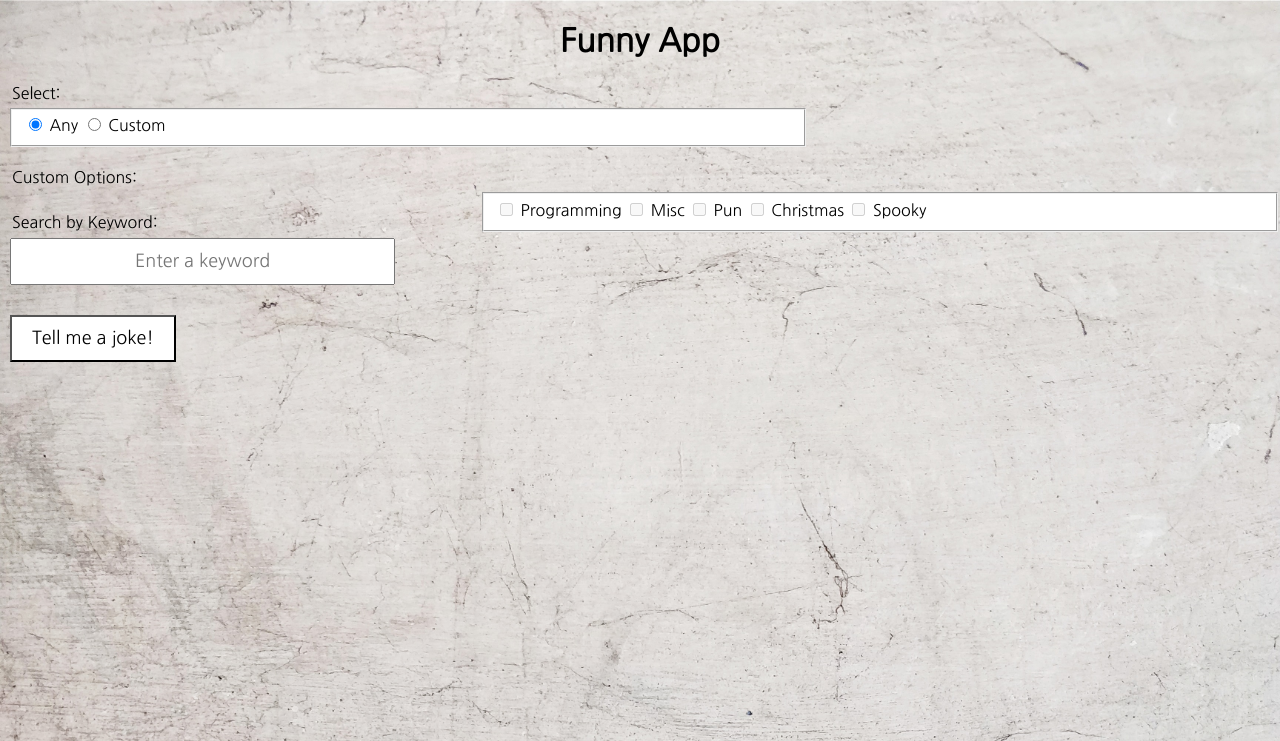
Repository: kaitlynMidori/dadJokeApi
Page: index.html
The author's editor kept a copy of each file at every save. The page is drawn from the files as they stood at one save, then again after the next save.
The browser window is 1280 px wide. The pictures show the whole page.
Some web libraries are served in a nearby version.

Above is the page before, as saved 2021-01-08 12:26:31.

### index.html
<!DOCTYPE html>
<html lang="en">
<head>
    <meta charset="UTF-8">
    <meta name="viewport" content="width=device-width, initial-scale=1.0">
    <title>Joke App</title>
    <link href="style.css" rel="stylesheet" type="text/css" />
    <link rel="preconnect" href="https://fonts.gstatic.com">
    <link href="https://fonts.googleapis.com/css2?family=Nanum+Gothic&display=swap" rel="stylesheet">

</head>
<body>
    <div id="container">
        <header>
            <h1>Funny App</h1>
        </header>

        <legend>Select:</legend>
        <fieldset id="select">
                <div id="form-check">
                    <input type="radio"  id="any" name="type" value="Any" checked>
                    <label for="any">Any</label>

                    <input type="radio"  id="custom" name="type" value="Custom">
                    <label for="custom">Custom</label>
                </div>
        </fieldset>

        <br>

        <legend>Custom Options:</legend>
        <fieldset id="options" disabled>
                <div id="form-check form-check-inline">
                    <input type="checkbox" id="coding" name="category" value="Programming">
                    <label for="coding">Programming</label>

                    <input type="checkbox" id="misc" name="category" value="Miscellaneous">
                    <label for="misc">Misc</label>

                    <input type="checkbox" id="pun" name="category" value="Pun">
                    <label for="pun">Pun</label>

                    <input type="checkbox" id="chris" name="category" value="Christmas">
                    <label for="chris">Christmas</label>

                    <!-- <input type="checkbox" id="dark" name="category" value="dark">
                    <label for="dark">Dark</label> -->

                    <input type="checkbox" id="spooky" name="category" value="spooky">
                    <label for="spooky">Spooky</label>
                </div>
        </fieldset>


        <br>

            <form>
                <legend>Search by Keyword:</legend>
                <input type="form-control" placeholder="Enter a keyword" id="keyword">
            </form>

            <br>

            <button type="submit" id="submit button">Tell me a joke!</button>
            <div id="result"></div>
    </div>

    <script src="https://code.jquery.com/jquery-3.2.1.min.js"
          integrity="sha256-hwg4gsxgFZhOsEEamdOYGBf13FyQuiTwlAQgxVSNgt4="
          crossorigin="anonymous"></script>
    <script src="app.js"></script>
</body>
</html>

### style.css
body{
    margin: 0;
    background: cover;
    background-size: cover;
    background-repeat: no-repeat;
    background-image: url("screenshots/white-teal backdrop.jpg");
    /* background-image: linear-gradient(120deg, #a1c4fd 0%, #c2e9fb 100%); */
    min-height: 100vh;
}

* {
    font-family: 'Nanum Gothic', sans-serif;
    color: black;
}

header {
    width: 100%;
    margin-top: 5px;
    justify-content: center;
}

h1 {
    text-align: center;
}

button{
    background-color: white;
    margin-top: 10px;
    margin-left: 10px;
    height: auto;
    font-size: 18px;
    font-weight: 500;
    text-align: center;
    color: black;
    cursor: pointer;
    margin-bottom: 0;
    /* border-radius: 3px; */
    padding: 10px 20px;
}

#keyword {
    margin-top: 1px;
    margin-left: 10px;
    height: auto;
    font-size: 18px;
    font-weight: 500;
    text-align: center;
    color: black;
    cursor: pointer;
    margin-bottom: 0;
    /* border-radius: 3px; */
    padding: 10px 20px;
}

#options{
    background-color: white;
    margin-left: 10px;
    width: 60%;
    float: inline-end;
}

#select {
    background-color: white;
    margin-left: 10px;
    width: 60%;
}

legend {
    margin-left: 10px;
    margin-bottom: 5px;
}

### app.js
//declare 'option', 'custom', 'any' element id's
let option = document.getElementById("options");
let custom = document.getElementById("custom");
let any = document.getElementById("any");

//add event listener on click
//if 'any' option checked
//disable options
any.addEventListener("click", (e)=>{
    if(e.target.checked){
        option.disabled = true;
    }
});

//add event listener on click
//if 'custom' option checked
//enable options
custom.addEventListener("click", (e)=>{
    if(e.target.checked){
        option.disabled = false;
    }
});

//declare asyncrynous getJoke
const getJoke = async () => {
    //declare result  = HTML div 'result' element id
    let result = document.getElementById('result');
    //replace result element with empty string
    result.innerHTML = "";
    //declare checkboxes= filter category checkboxes for checked
    let checkboxes = [...document.getElementsByName('category')].filter((checkbox)=>checkbox.checked);
    //declare category as empty string
    let category = "";
    //if 'any' type is checked
    if(any.checked){
        //category = 'any'
        category = "Any";
    }
    //if 'custom' type is checked
    if(custom.checked){
        //category = map to join checked category values
        category = checkboxes.map((c)=>c.value).join();
    }
    //console.log user selected joke category
    console.log(category);
    //declare url = dynamically generate url inserting user selected category
    let url = `https://v2.jokeapi.dev/joke/${category}`;
    // declare keyword = HTML form div 'keyword' element id
    let keyword = document.getElementById("keyword").value;
    //if keyword does not equal empty; dynamically generate url with user keyword input
    if(keyword != ""){
        url = `https://v2.jokeapi.dev/joke/${category}?contains=${keyword}`;
    }
    console.log(url);
    const response = await fetch(url);
    const data = await response.json();
    console.log(data);

    //if JSON data response = API doc response 'single'
    if(data.type == "single"){
        //insert API doc 'joke' into response element
        result.innerHTML = `<h3>${data.joke}</h3>`;
    }
    //if JSON data response = API doc response 'twopart'
    if(data.type == "twopart"){
        //insert API doc 'setup' into response element
        result.innerHTML = `<h3>${data.setup}</h3>`;
        //display 'delivery' after 1 second
        setTimeout(()=>{
            //insert API doc 'delivery' into response element
            result.innerHTML += `<h3>${data.delivery}</h3>`;
        },1000);
    }
}

//declare submit = HTML button 'submit button'
let submit = document.getElementById('submit button');
//upon 'submit', add event listener for 'click and activate 'getJoke'
submit.addEventListener("click", getJoke);

After the next save:
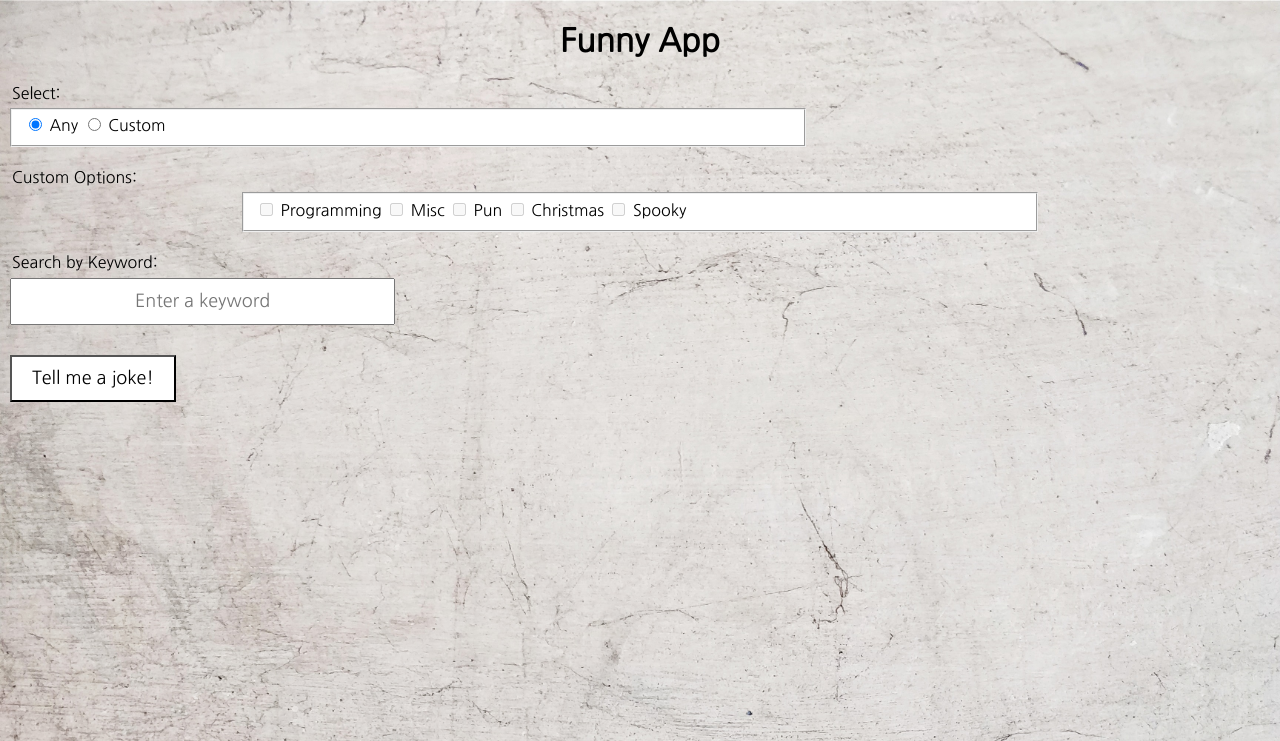
Saved 58 s later.
--- a/style.css
+++ b/style.css
@@ -54,9 +54,11 @@ button{
 
 #options{
     background-color: white;
-    margin-left: 10px;
+    justify-content: center;
+    margin-left: auto;
+    margin-right: auto;
     width: 60%;
-    float: inline-end;
+
 }
 
 #select {
